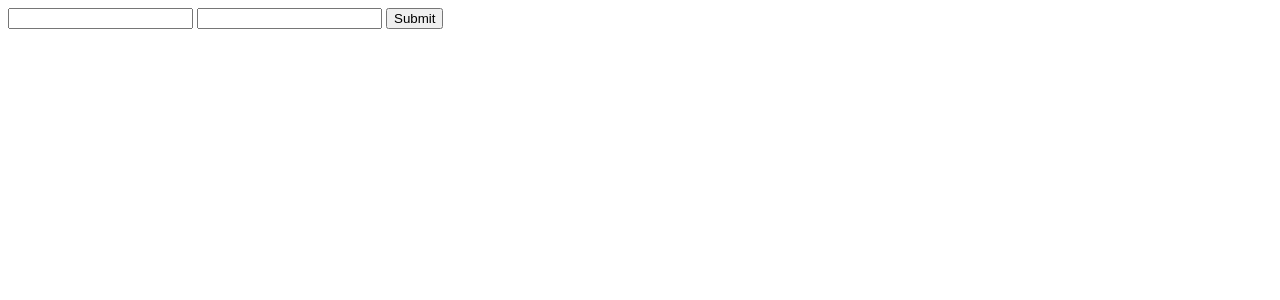
Repository: htalesra567/push1
Page: ShoppingStore/src/main/webapp/register.html
The author's editor kept a copy of each file at every save. The page is drawn from the files as they stood at one save, then again after the next save.
The browser window is 1280 px wide. The pictures show the whole page.

Above is the page before, as saved 2024-12-16 10:13:25.

### ShoppingStore/src/main/webapp/register.html
<!DOCTYPE html>
<html>
<head>
<meta charset="UTF-8">
<title>register</title>
</head>
<body>
	<form action="Authenticate" method="post">
		<input type="text" name="username"/>
		<input type="text" name="password"/>
		<input type="submit"/>
	</form>
</body>
</html>

After the next save:
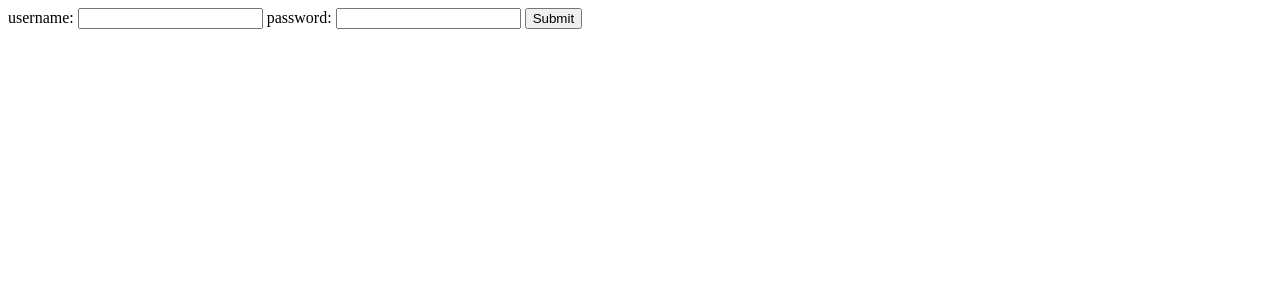
Saved 11 s later.
--- a/ShoppingStore/src/main/webapp/register.html
+++ b/ShoppingStore/src/main/webapp/register.html
@@ -6,8 +6,8 @@
 </head>
 <body>
 	<form action="Authenticate" method="post">
-		<input type="text" name="username"/>
-		<input type="text" name="password"/>
+		username: <input type="text" name="username"/>
+		password: <input type="text" name="password"/>
 		<input type="submit"/>
 	</form>
 </body>
